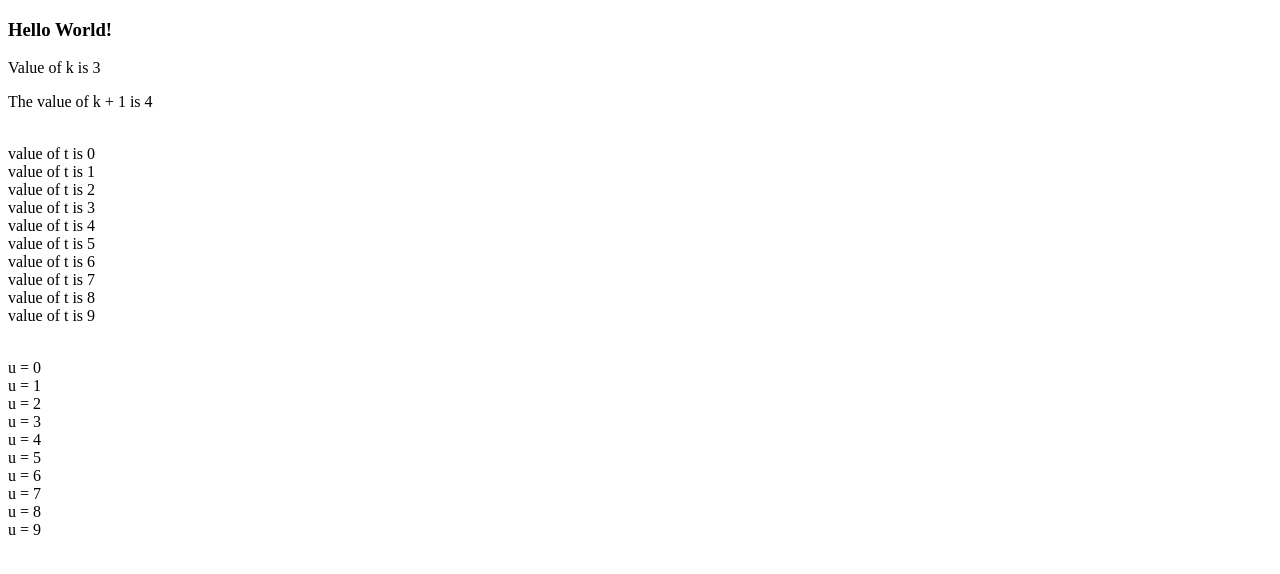
Repository: Seattle-Community-Android-Development/CodeBlog
Page: http://localhost/SimpleServletProject/test.jsp
These files come from the project's save history. The page is drawn as it stood at one moment and after the next save; the edit follows.
The browser window is 1280 px wide. The pictures show the whole page.
The page is served by Tomcat 9.

Above is the page before, as saved 2013-09-08 18:04:03.

After the next save:
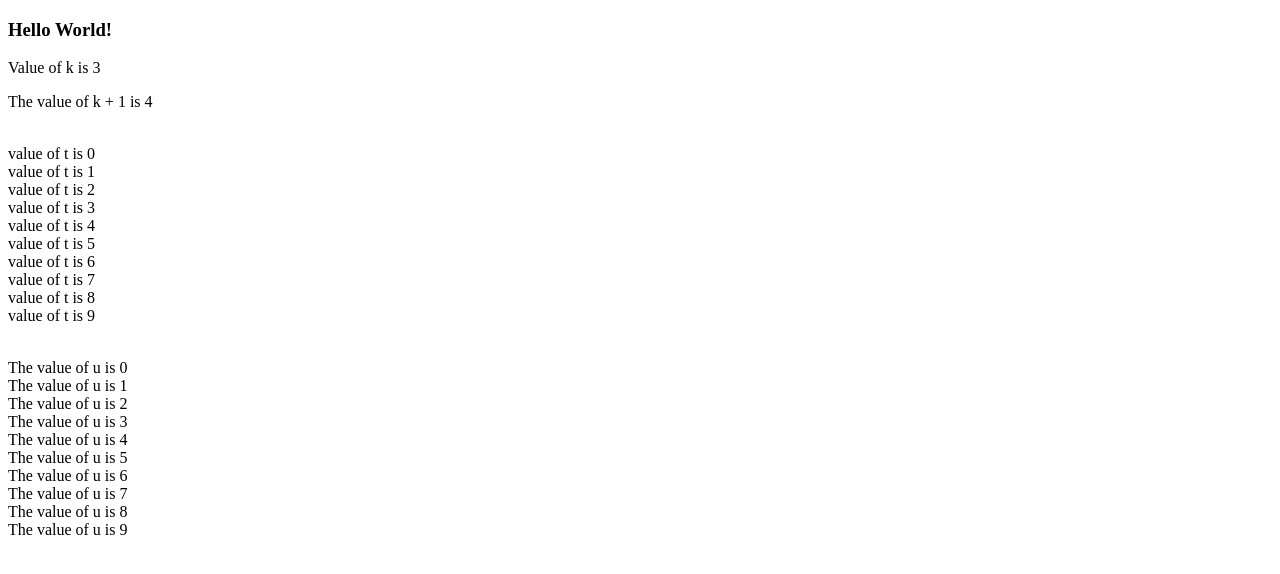
Saved 29 s later.
--- a/workspace/SimpleServletProject/WebContent/test.jsp
+++ b/workspace/SimpleServletProject/WebContent/test.jsp
@@ -41,7 +41,7 @@
 			for (int u = 0; u < 10; u++) {
 		%>
 
-		<br> u = <%=u %>
+		<br> The value of u is <%=u %>
 
 		<% } %>
 	</p>
